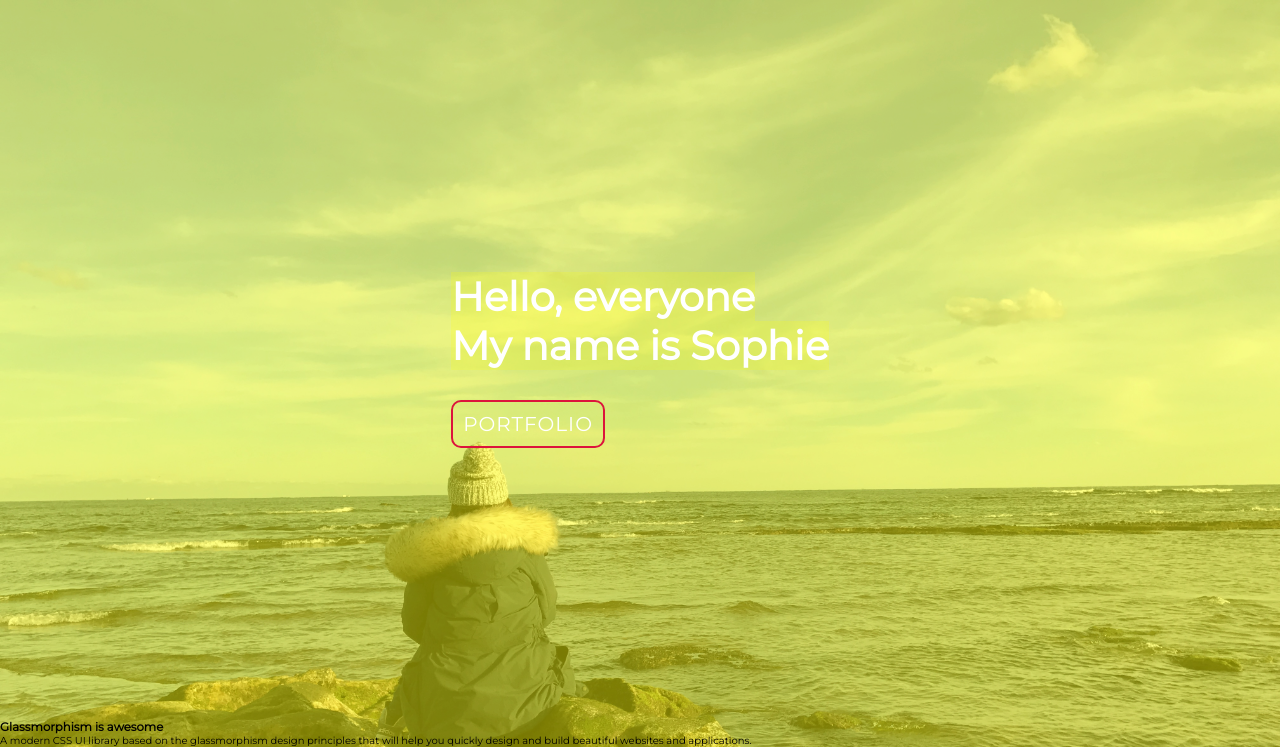
Repository: wenxi0504/StaticWebsite_Profolio
Page: index.html
The author's editor kept a copy of each file at every save. The page is drawn from the files as they stood at one save, then again after the next save.
The browser window is 1280 px wide. The pictures show the whole page.

Above is the page before, as saved 2022-03-02 23:06:08.

After the next save:
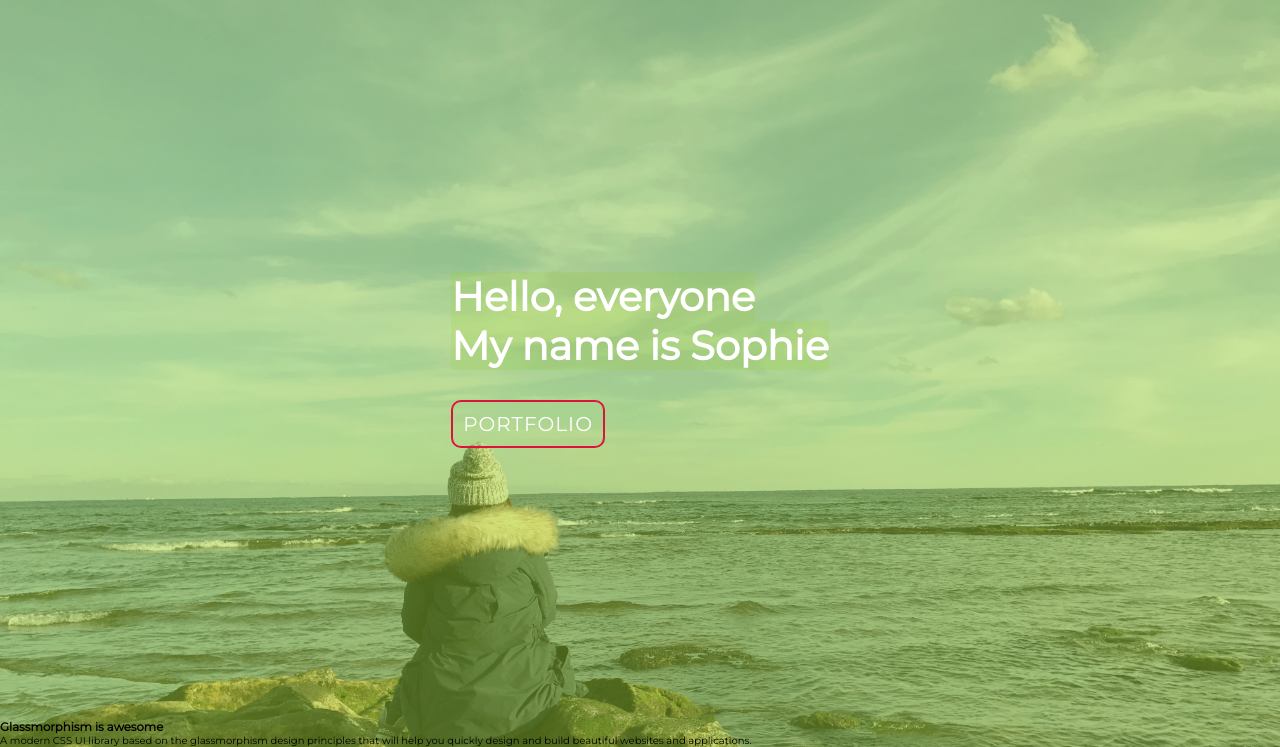
Saved 22 s later.
--- a/style.css
+++ b/style.css
@@ -42,7 +42,7 @@ a {
   top: 0px;
   height: 100%;
   width: 100%;
-  background-color:yellow;
+  background-color:yellowgreen;
   opacity: 10%;
   z-index: -1;
 }
